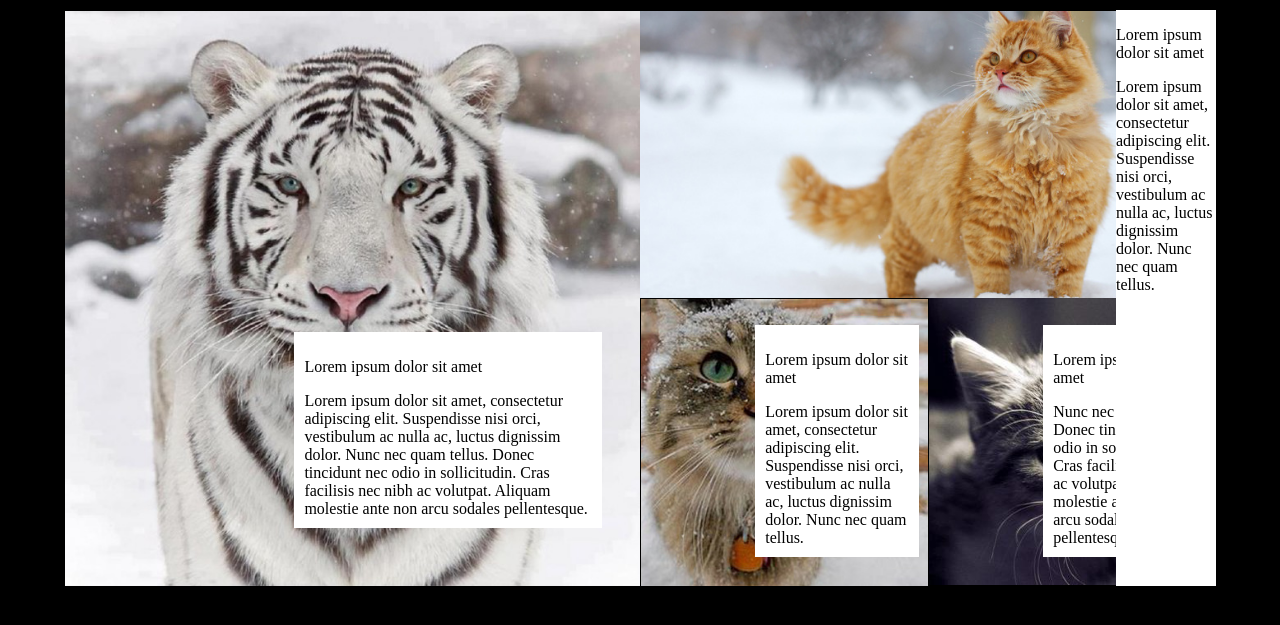
Repository: niebezsensu/Info-Folder
Page: index.html
The author's editor kept a record of every edit. The page is drawn from the files as they stood at one moment, then again after the next edit.
The browser window is 1280 px wide. The pictures show the whole page.

Above is the page before.

After the next edit:
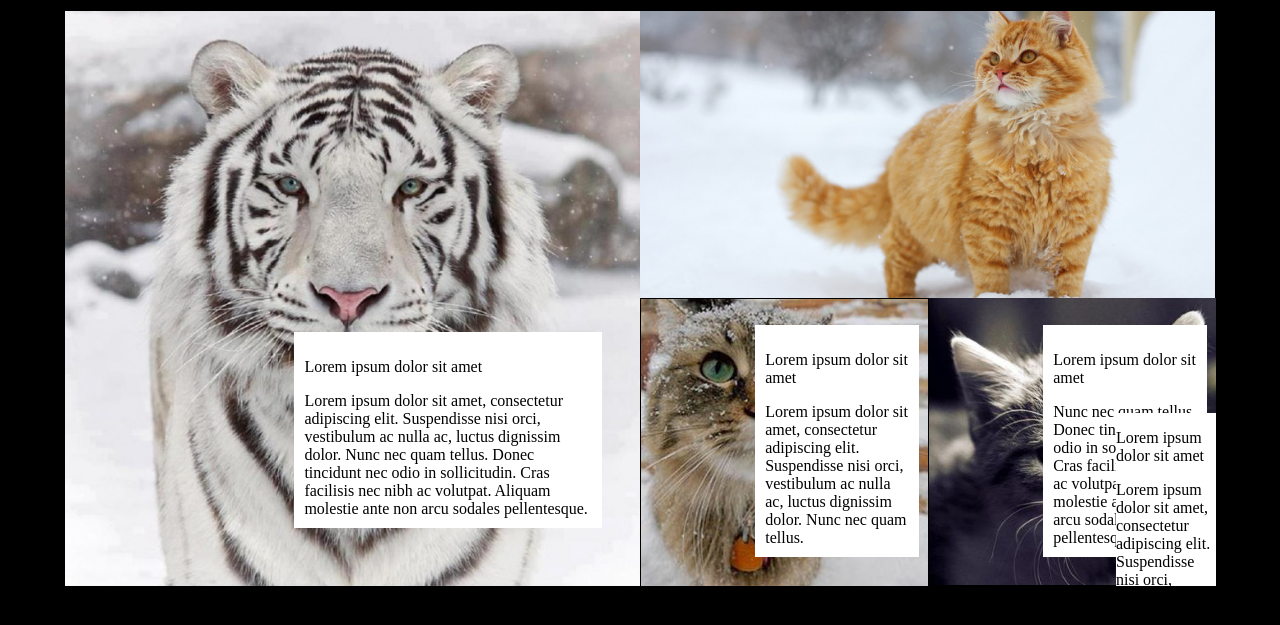
The edit:
--- a/css/folder.css
+++ b/css/folder.css
@@ -193,6 +193,7 @@
     background-size: 100% 100%;
 }
 #first-slider-content{
+    top: 70%;
     right: 0px;
     display:block;
     position: absolute;
